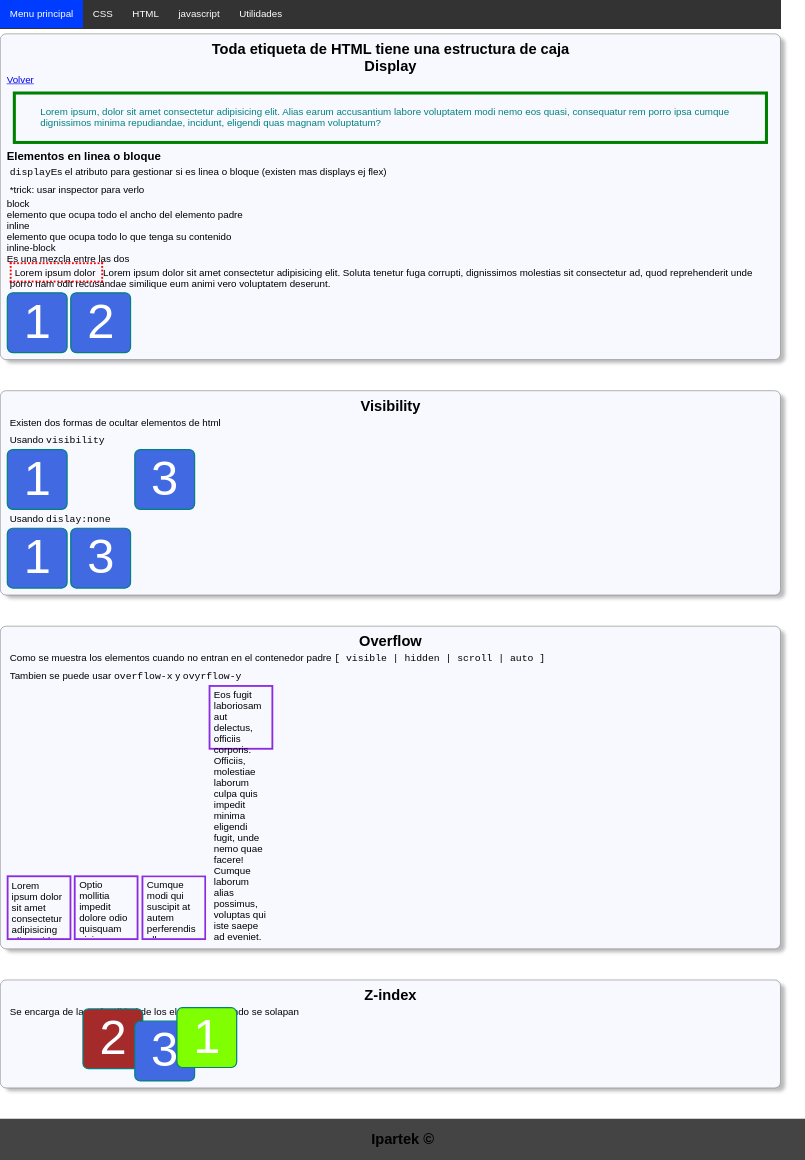
Repository: jcsanceledonio/java_2019_0396_2
Page: http://localhost/javaWebApp/ejemplos/html/box-model.jsp
An editor plug-in stored every save of this project. The page is shown before and after the next save, followed by the edit.
The browser window is 1280 px wide. The page is 1320 px wide, so the pictures cover 1320 px, including what lies to the right of the window. The pictures show the whole page, at 61% of full size.
Some web libraries are served in a nearby version. The page is served by Tomcat 9.

Above is the page before, as saved 2019-11-20 10:00:22.

After the next save:
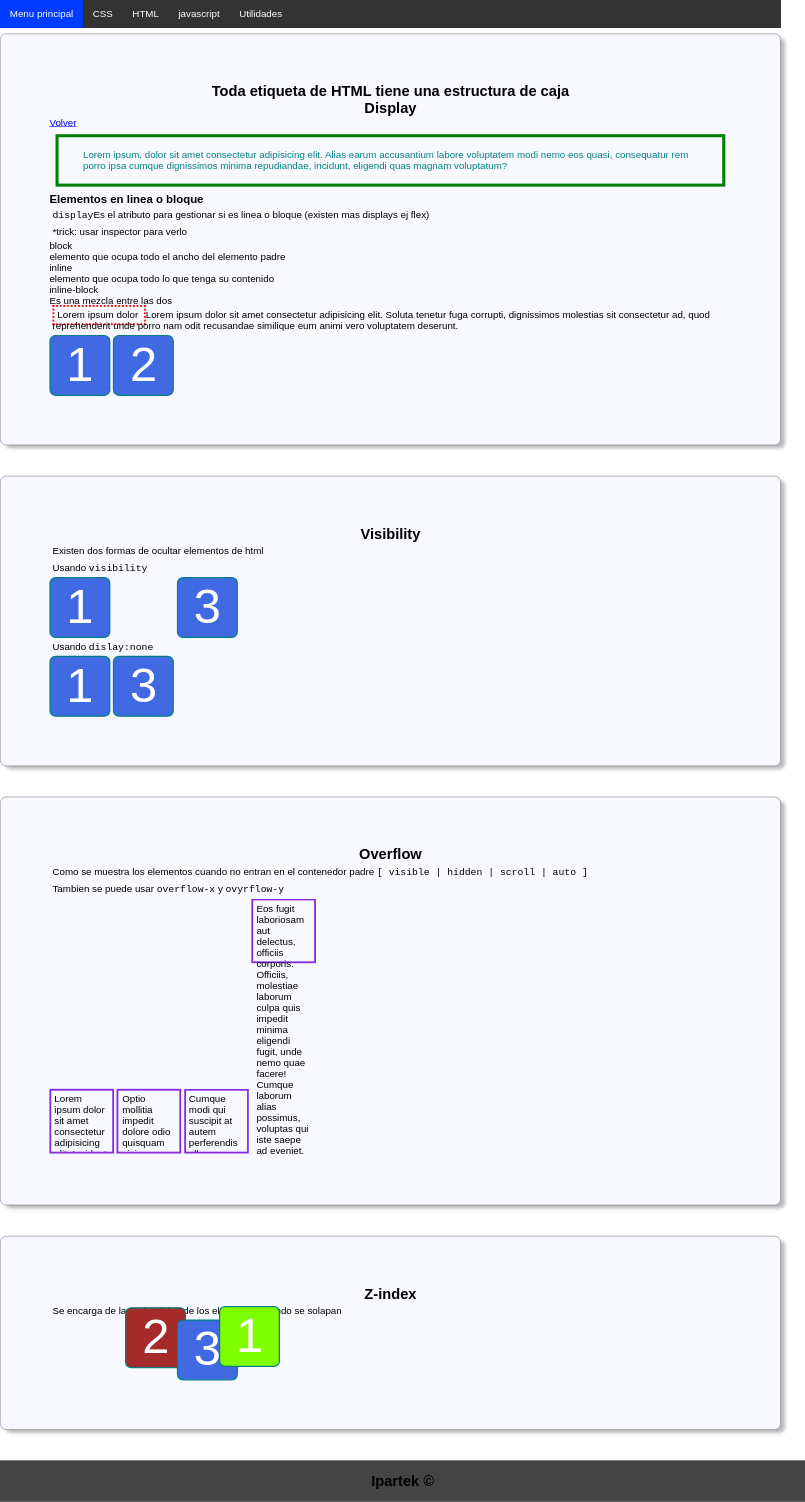
Saved 21 s later.
--- a/javaWebApp/src/main/webapp/ejemplos/html/box-model.jsp
+++ b/javaWebApp/src/main/webapp/ejemplos/html/box-model.jsp
@@ -50,10 +50,9 @@
         }
 
         section {
-        	padding: 80px;
             border: 1px solid rgb(131, 131, 131);
             background-color: ghostwhite;
-            padding: 10px;
+            padding: 80px;
             margin-bottom: 50px;
             border-radius: 10px;
 
